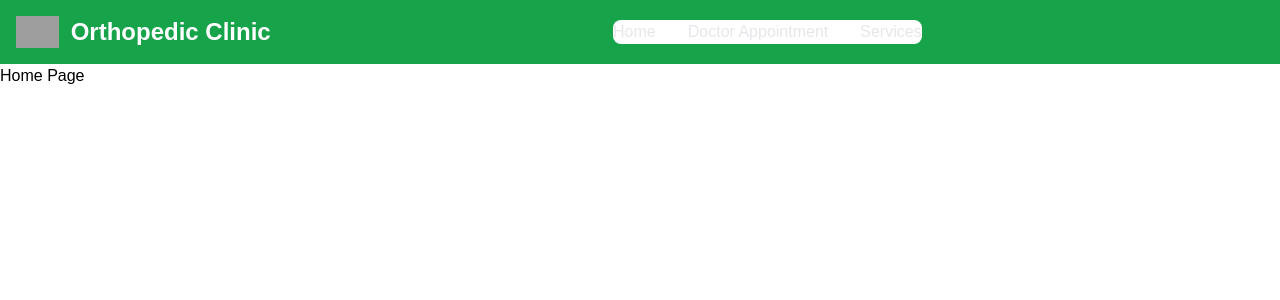
Repository: countaustin1990/file-C-Users-user-Documents-Final-20Cart
Page: / (app in Documents/BXXXN/my-app/)
The author's editor kept a copy of each file at every save. The page is drawn from the files as they stood at one save, then again after the next save.
The browser window is 1280 px wide. The pictures show the whole page.
Pictures or frames that could not be fetched are drawn as grey boxes. The project was rebuilt for these pictures with package versions that can differ from the ones it lists, and the page was loaded fresh each time. Also part of the build but not shown: Documents/BXXXN/my-app/vite.config.js, Documents/BXXXN/my-app/src/components/folder/Folder.test.jsx.

Above is the page before, as saved 2024-10-20 20:55:16.

After the next save:
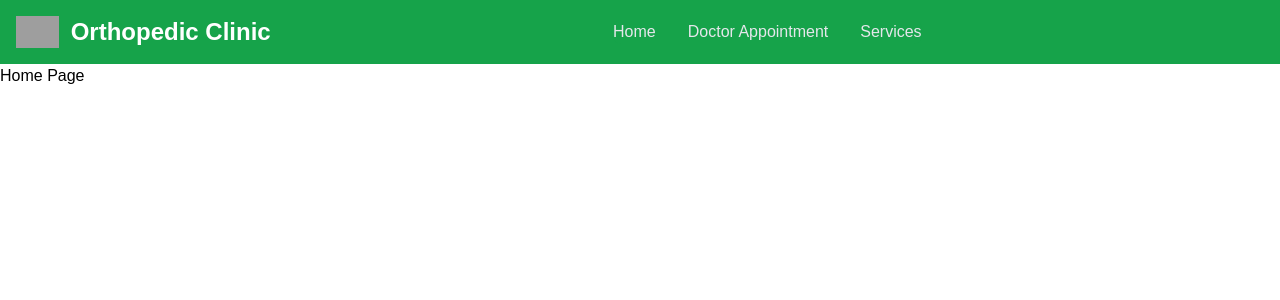
Saved 3 min 18 s later.
--- a/Documents/BXXXN/my-app/src/components/navbar/Navbar.jsx
+++ b/Documents/BXXXN/my-app/src/components/navbar/Navbar.jsx
@@ -45,7 +45,7 @@ const Navbar = () => {
           className={`items-center justify-between ${isNavOpen ? 'block' : 'hidden'} w-full md:flex md:w-auto md:order-1`}
           id="navbar-search"
         >
-          <ul className="flex flex-col p-4 md:p-0 mt-4 font-medium border text-white border-gray-100 rounded-lg bg-green-600 md:space-x-8 rtl:space-x-reverse md:flex-row md:mt-0 md:border-0 md:bg-white dark:bg-gray-800 md:dark:bg-green-600 dark:border-gray-700">
+          <ul className="flex flex-col p-4 md:p-0 mt-4 font-medium border text-white border-gray-100 rounded-lg bg-green-600 md:space-x-8 rtl:space-x-reverse md:flex-row md:mt-0 md:border-0 md:bg-green-600 dark:bg-gray-800 md:dark:bg-green-600 dark:border-gray-700">
             <li>
               <Link
                 to="/"
